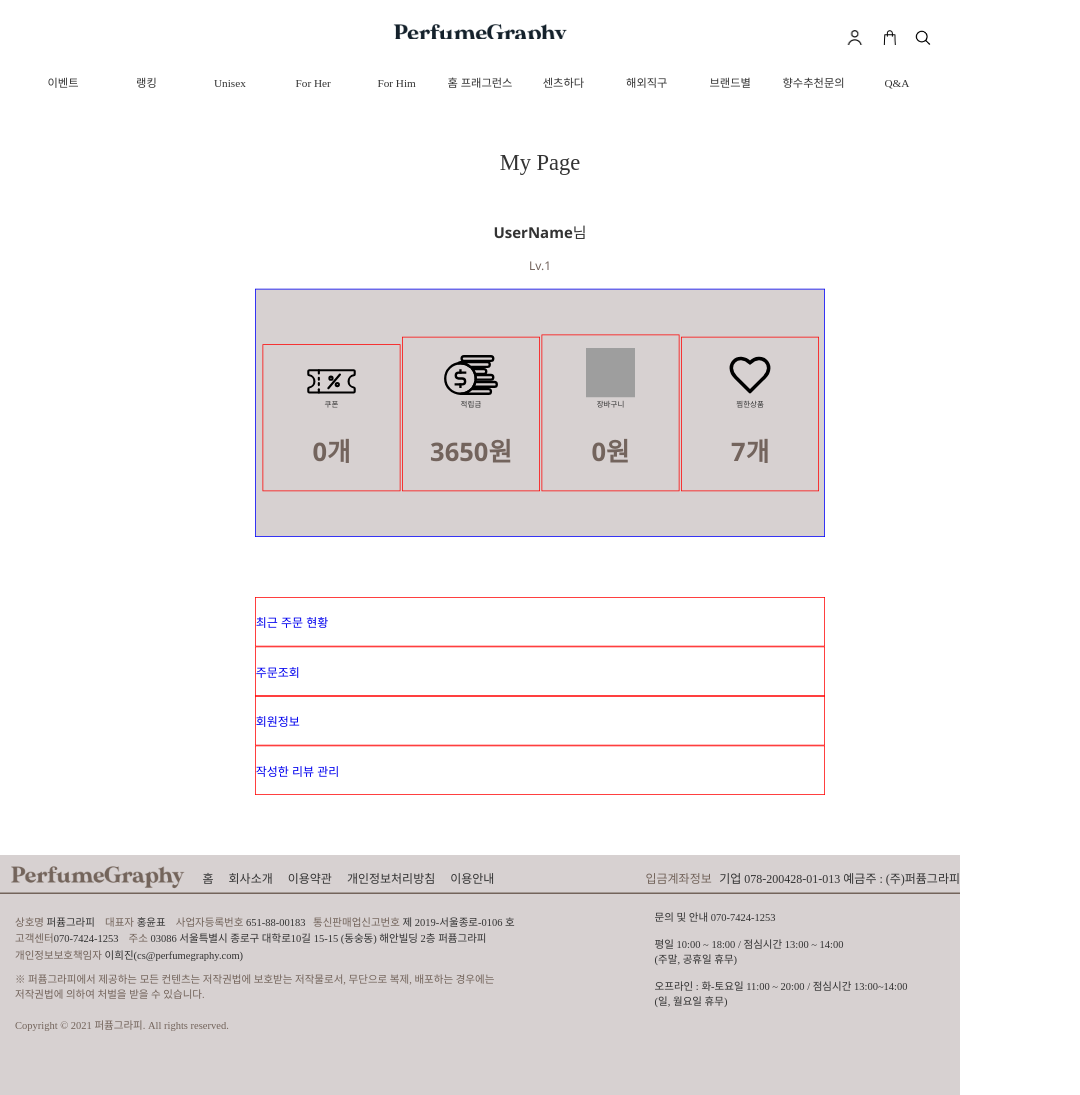
Repository: mingdue03/perfumegraphy
Page: myPage.html
The author's editor kept a copy of each file at every save. The page is drawn from the files as they stood at one save, then again after the next save.
The browser window is 1280 px wide. The page is 1440 px wide, so the pictures cover 1440 px, including what lies to the right of the window. The pictures show the whole page, at 75% of full size.
Pictures or frames that could not be fetched are drawn as grey boxes.

Above is the page before, as saved 2021-08-27 15:04:10.

After the next save:
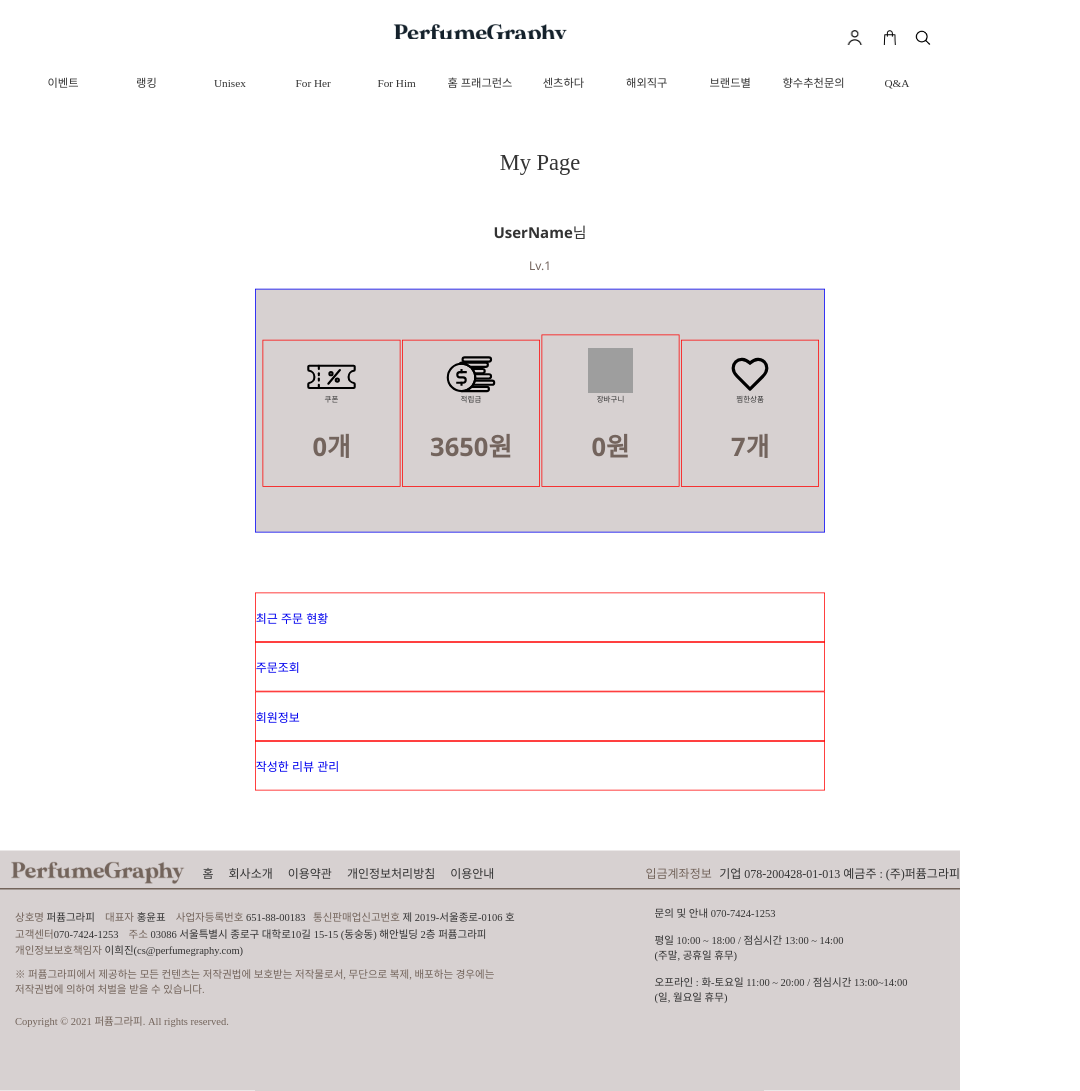
Saved 21 s later.
--- a/css/mypage.css
+++ b/css/mypage.css
@@ -65,20 +65,20 @@
   display:block;
   content:'';
   margin:0 auto -20px;
-  width:100px; height:100px;
+  width:90px; height:90px;
   background:url('../img/icon/coins_icon.svg') no-repeat 100% 100%;}
 .coupon_wrap a.cart:before{
   display:block;
   content:'';
   margin:17px auto 0;
-  width:66px; height:66px;
+  width:60px; height:60px;
   background:url('../img/icon/bag_icon.svg') no-repeat 100% 100%;
 }
 .coupon_wrap a.heart:before{
   display:block;
   content:'';
   margin:0 auto -20px;
-  width:100px; height:100px;
+  width:90px; height:90px;
   background:url('../img/icon/basic_heart_icon.svg') no-repeat 100% 100%;
 }
 .coupon_wrap a span{
